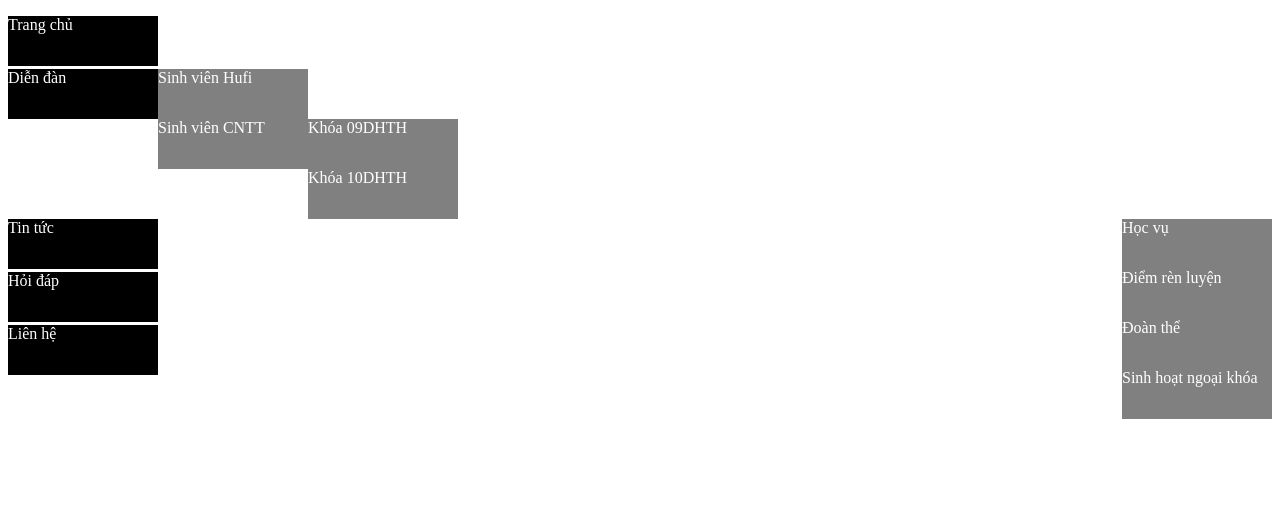
Repository: Tan-Khang21/TH_TKW--Buoi_08
Page: Bai_Tap_Tren_Lop/Bai_02/Bai_02.html
These files come from the project's save history. The page is drawn as it stood at one moment and after the next save; the edit follows.
The browser window is 1280 px wide. The pictures show the whole page.

Above is the page before, as saved 2024-03-12 20:53:26.

After the next save:
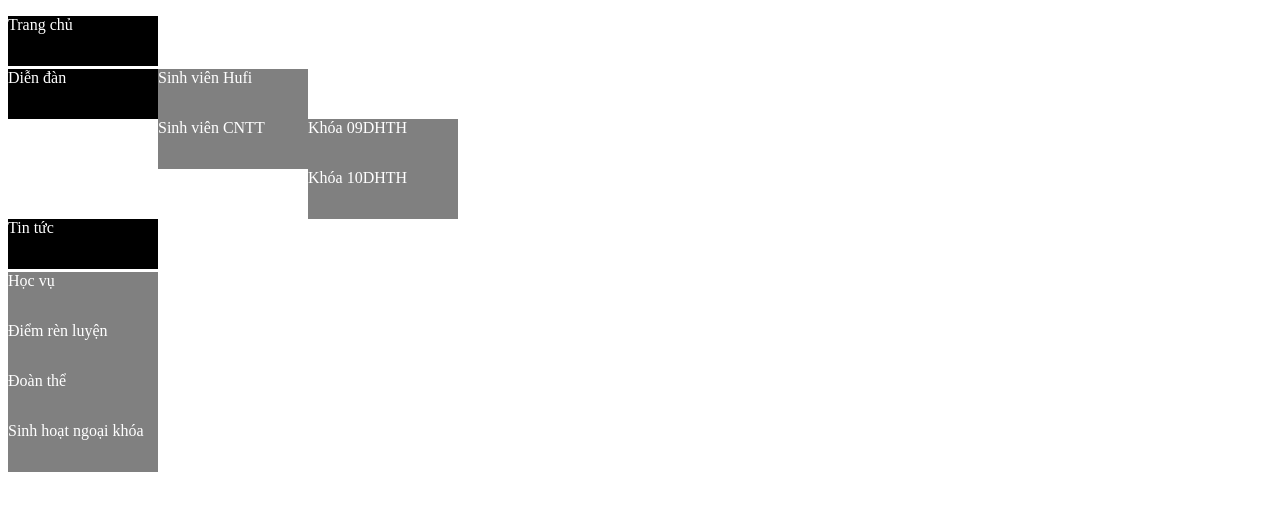
Saved 32 s later.
--- a/Bai_Tap_Tren_Lop/Bai_02/Bai_02.html
+++ b/Bai_Tap_Tren_Lop/Bai_02/Bai_02.html
@@ -23,7 +23,12 @@
         </ul>
       </div>
       <div
-        style="display: flex; align-items: first baseline; position: relative"
+        style="
+          display: flex;
+          align-items: first baseline;
+          position: relative;
+          display: block;
+        "
       >
         <li
           style="display: flex; align-items: first baseline"
@@ -31,7 +36,7 @@
         >
           Tin tức
         </li>
-        <ul type="none" class="list2" style="position: absolute; right: 0">
+        <ul type="none" class="list2" style="position: absolute; right: ">
           <li class="list2_item">Học vụ</li>
           <li class="list2_item">Điểm rèn luyện</li>
           <li class="list2_item">Đoàn thể</li>
